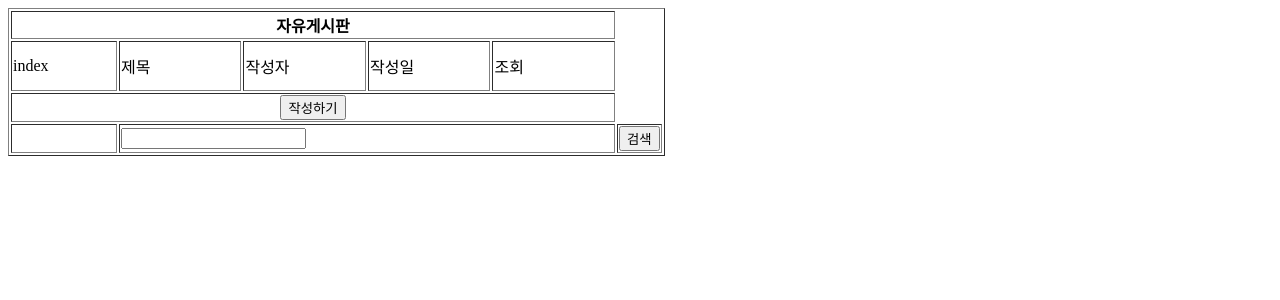
Repository: y2kim/workspace3
Page: http://localhost/WEB_MVC2_JSP_06_05_Pratice/BoardList
An editor plug-in stored every save of this project. The page is shown before and after the next save, followed by the edit.
The browser window is 1280 px wide. The pictures show the whole page.
The page is served by Tomcat 9. Queries for data that is not in the repository find no rows.

Above is the page before, as saved 2018-06-05 05:59:57.

After the next save:
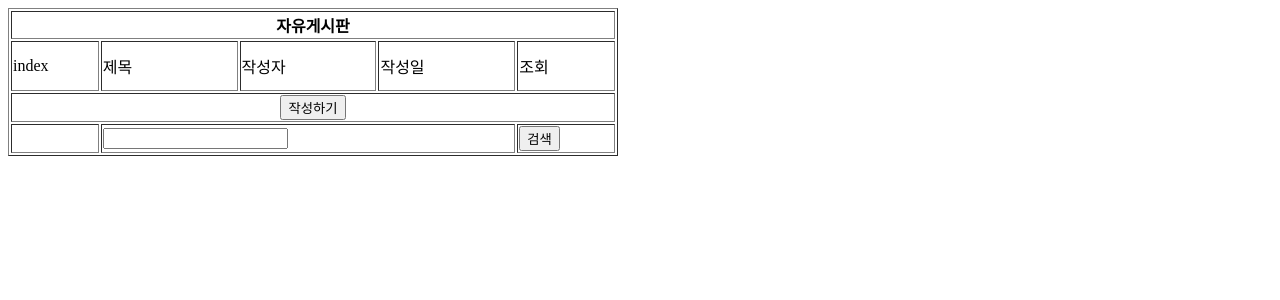
Saved 11 s later.
--- a/WEB_MVC2_JSP_06_05_Pratice/WebContent/boardList.jsp
+++ b/WEB_MVC2_JSP_06_05_Pratice/WebContent/boardList.jsp
@@ -37,7 +37,7 @@
         </tr>
         <tr>
         <td>
-        <td colspan="4"><input type="text" name="search" id="searchText"></td>
+        <td colspan="3"><input type="text" name="search" id="searchText"></td>
         <td><button type="button" id="search">검색</button></td>
         </tr>
 	</table>
